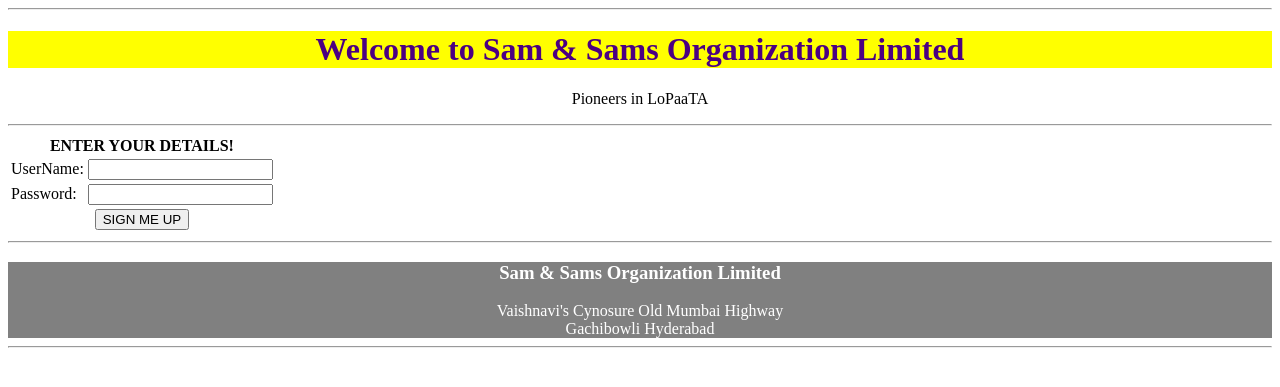
Repository: somnath0796/DeveloperMaterials
Page: http://localhost/JspApp/signup.jsp
An editor plug-in stored every save of this project. The page is shown before and after the next save, followed by the edit.
The browser window is 1280 px wide. The pictures show the whole page.
The page is served by Tomcat 9.

Above is the page before, as saved 2018-02-02 09:30:11.

After the next save:
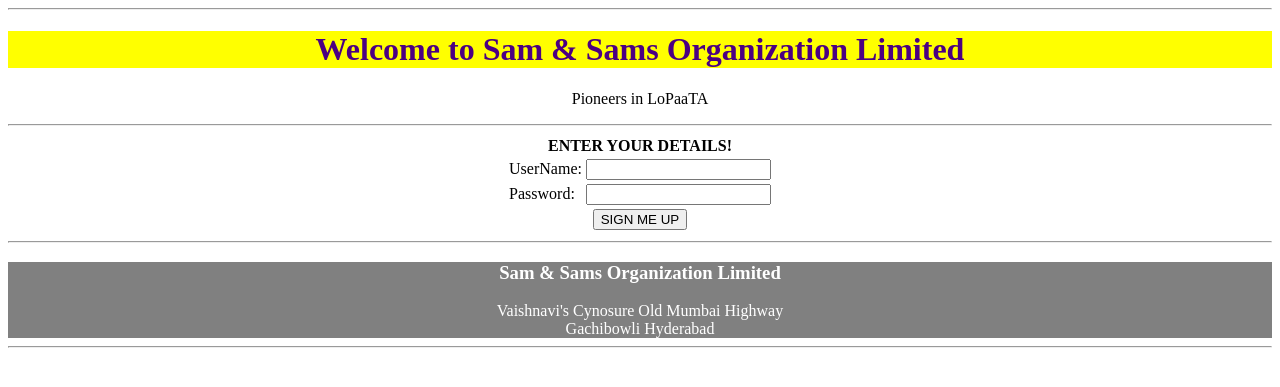
Saved 24 s later.
--- a/JspApp/WebContent/signup.jsp
+++ b/JspApp/WebContent/signup.jsp
@@ -8,8 +8,9 @@
 </head>
 <body>
 	<%@ include file="header.jsp"%>
+	<center>
 	<table>
-	<form method = "post" action = "SignupServlet" align="center">
+	<form method = "post" action = "SignupServlet" >
 		<thead>
 			<tr>	<th colspan="2"> <center>ENTER YOUR DETAILS! </center></th>
 			</tr>
@@ -25,7 +26,7 @@
 		</tr>
 
 	</form>
-	</table>
+	</table></center>
 	<%@ include file="footer.jsp"%>
 </body>
 </html>
